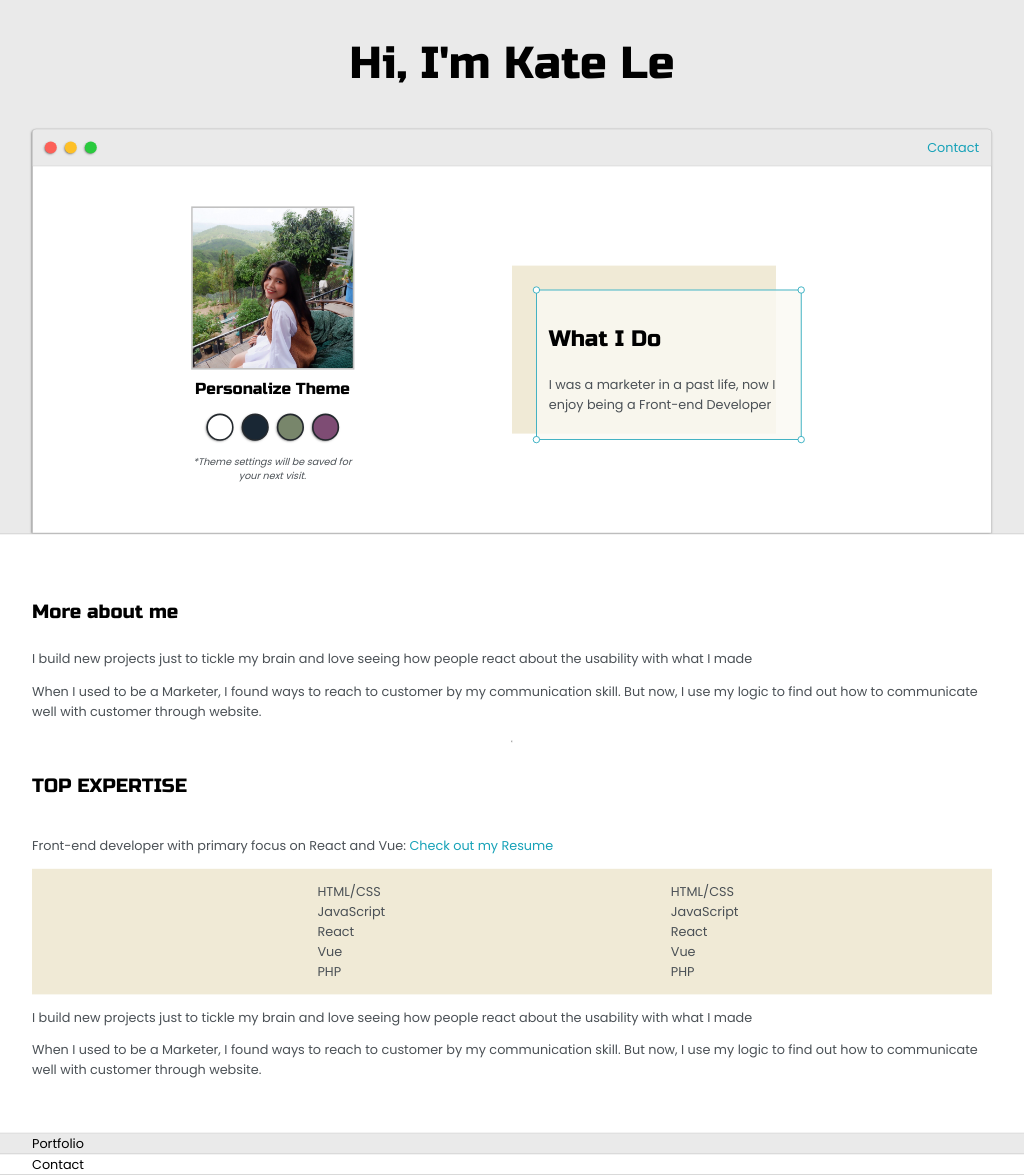
Repository: kate30980/my-persponal-website
Page: index.html
The author's editor kept a copy of each file at every save. The page is drawn from the files as they stood at one save, then again after the next save.
The browser window is 1280 px wide. The pictures show the whole page, at 80% of full size.

Above is the page before, as saved 2021-08-26 22:16:56.

### index.html
<!DOCTYPE html>
<html lang="en">

<head>
    <meta charset="UTF-8">
    <meta http-equiv="X-UA-Compatible" content="IE=edge">
    <meta name="viewport" content="width=device-width, initial-scale=1.0">
    <title>Kate Le</title>
    <link rel="preconnect" href="https://fonts.googleapis.com">
    <link rel="preconnect" href="https://fonts.gstatic.com" crossorigin>
    <link rel="preconnect" href="https://fonts.googleapis.com">
    <link rel="preconnect" href="https://fonts.gstatic.com" crossorigin>
    <link href="https://fonts.googleapis.com/css2?family=Poppins:wght@300;400;600;700&family=Russo+One&display=swap"
        rel="stylesheet">
    <link rel="stylesheet" href="main.css">
</head>

<body>

    <section class="s1">
        <div class="main-container">
            <div class="greeting-wrapper">
                <h1>Hi, I'm Kate Le</h1>
            </div>

            <div class="intro-wrapper">
                <div class="nav-wrapper">
                    <div class="dots-wrapper">
                        <div id="dot-1" class="browser-dot"></div>
                        <div id="dot-2" class="browser-dot"></div>
                        <div id="dot-3" class="browser-dot"></div>
                    </div>
                    <ul id="navigation">
                        <li>
                            <a href="#">Contact</a>
                        </li>
                    </ul>
                </div>
                <div class="left-column">
                    <img id="profile-pic" src="./images/IMG_2624.JPG" alt="img-kate">
                    <h5 style="text-align:center;line-height:0; margin: 25px">Personalize Theme</h5>

                    <div id="theme-options-wrapper">
                        <div id="light-mode" class="theme-dot"></div>
                        <div id="blue-mode" class="theme-dot"></div>
                        <div id="green-mode" class="theme-dot"></div>
                        <div id="purple-mode" class="theme-dot"></div>
                    </div>

                    <p id="settings-note">*Theme settings will be saved for <br> your next visit.</p>
                </div>
                <div class="right-column">

                    <div id="preview-shadow">
                        <div id="preview">
                            <div id="corner-tl" class="corner"></div>
                            <div id="corner-tr" class="corner"></div>
                            <h3>What I Do</h3>
                            <p>I was a marketer in a past life, now I enjoy being a Front-end Developer</p>
                            <div id="corner-br" class="corner"></div>
                            <div id="corner-bl" class="corner"></div>
                        </div>
                    </div>

                </div>
            </div>

        </div>
    </section>

    <section class="s2">
        <div class="main-container">

            <div class="about-wrapper">
                <div class="about-me">
                    <h4>More about me</h4>
                    <p>I build new projects just to tickle my brain and love seeing how people react about the usability
                        with what I made</p>
                    <p>When I used to be a Marketer, I found ways to reach to customer by my communication skill. But
                        now, I use my logic to find out how to communicate well with customer through website.</p>
                </div>

                <hr>

                <h4>TOP EXPERTISE</h4>
                <p>Front-end developer with primary focus on React and Vue: <a target="_blank"
                        href="CV-HAN-LE-FRONTEND-DEV.pdf">Check
                        out my Resume</a></p>

                <div id="skills">
                    <ul>
                        <li>HTML/CSS</li>
                        <li>JavaScript</li>
                        <li>React</li>
                        <li>Vue</li>
                        <li>PHP</li>
                    </ul>
                    <ul>
                        <li>HTML/CSS</li>
                        <li>JavaScript</li>
                        <li>React</li>
                        <li>Vue</li>
                        <li>PHP</li>
                    </ul>
                </div>


                <div class="social-links">
                    <p>I build new projects just to tickle my brain and love seeing how people react about the usability
                        with what I made</p>
                    <p>When I used to be a Marketer, I found ways to reach to customer by my communication skill. But
                        now, I use my logic to find out how to communicate well with customer through website.</p>
                </div>
            </div>

        </div>
    </section>

    <section class="s1">
        <div class="main-container">
            Portfolio
        </div>
    </section>

    <section class="s2">
        <div class="main-container">
            Contact
        </div>
    </section>

</body>

</html>

### main.css
:root {
  --mainText: black;
  --secondaryText: #4b5156;

  --mainColor: #eaeaea;
  --secondaryColor: #fff;

  --borderColor: #c1c1c1;
  --themeDotBorder: #24292e;

  --previewBg: rgba(251, 249, 243, 0.8);
  --previewShadow: #f0ead6;
}

html,
body {
  padding: 0;
  margin: 0;
  font-family: "Poppins", sans-serif;
}
h1,
h2,
h3,
h4,
h5,
h6,
strong {
  color: var(--mainText);
  font-family: "Russo One", sans-serif;
  font-weight: 500;
}

p,
li,
span,
label,
input,
textarea,
select {
  color: var(--secondaryText);
  font-family: "Poppins", sans-serif;
}
ul {
  list-style: none;
}

a {
  text-decoration: none;
  color: #17a2b8;
}

h1 {
  font-size: 56px;
}
h2 {
  font-size: 36px;
}
h3 {
  font-size: 28px;
}
h4 {
  font-size: 24px;
}
h5 {
  font-size: 20px;
}
h6 {
  font-size: 16px;
}

.s1 {
  background-color: var(--mainColor);
  border-bottom: 1px solid var(--borderColor);
  overflow: auto;
}
.s2 {
  background-color: var(--secondaryColor);
  border-bottom: 1px solid var(--borderColor);
  overflow: auto;
}
.main-container {
  width: 1200px;
  margin: 0 auto;
}
.greeting-wrapper {
  display: grid;
  text-align: center;
  align-content: center;
  min-height: 10em;
}

.intro-wrapper {
  background-color: var(--secondaryColor);
  border: 1px solid var(--borderColor);
  border-radius: 5px 5px 0 0;

  -webkit-box-shadow: -1px 1px 3px -1px rgba(0, 0, 0, 0.75);
  -moz-box-shadow: -1px 1px 3px -1px rgba(0, 0, 0, 0.75);
  box-shadow: -1px 1px 3px -1px rgba(0, 0, 0, 0.75);

  display: grid;
  grid-template-columns: 1fr 1fr;
  grid-template-areas:
    "nav-wrapper nav-wrapper"
    "left-column right-column";
}

#navigation {
  margin: 0;
  padding: 10px;
}
#navigation li {
  display: inline-block;
  margin-right: 5px;
  margin-left: 5px;
}

.dots-wrapper {
  display: flex;
  padding: 10px;
}

#dot-1 {
  background-color: #fc6058;
}
#dot-2 {
  background-color: #fec027;
}
#dot-3 {
  background-color: #2aca3e;
}

.browser-dot {
  background-color: black;
  height: 15px;
  width: 15px;
  border-radius: 50%;
  margin: 5px;

  -webkit-box-shadow: -1px 1px 3px -1px rgba(0, 0, 0, 0.75);
  -moz-box-shadow: -1px 1px 3px -1px rgba(0, 0, 0, 0.75);
  box-shadow: -1px 1px 3px -1px rgba(0, 0, 0, 0.75);
}

.nav-wrapper {
  grid-area: nav-wrapper;
  border-bottom: 1px solid var(--borderColor);
  display: flex;
  justify-content: space-between;
  align-items: center;
  background-color: var(--mainColor);
  border-radius: 5px 5px 0 0;
}
.left-column {
  grid-area: left-column;
  padding-top: 50px;
  padding-bottom: 50px;
}
#profile-pic {
  display: block;
  margin: auto;
  height: 200px;
  width: 200px;
  object-fit: cover;
  border: 2px solid var(--borderColor);
}

#theme-options-wrapper {
  display: flex;
  justify-content: center;
}

.theme-dot {
  height: 30px;
  width: 30px;
  border-radius: 50%;
  background-color: black;

  margin: 5px;
  border: 2px solid var(--themeDotBorder);

  -webkit-box-shadow: -1px 1px 3px -1px rgba(0, 0, 0, 0.75);
  -moz-box-shadow: -1px 1px 3px -1px rgba(0, 0, 0, 0.75);
  box-shadow: -1px 1px 3px -1px rgba(0, 0, 0, 0.75);
  cursor: pointer;
}

.theme-dot:hover {
  border-width: 5px;
}
#light-mode {
  background-color: #fff;
}
#blue-mode {
  background-color: #192734;
}
#green-mode {
  background-color: #78866b;
}
#purple-mode {
  background-color: #7e4c74;
}
#settings-note {
  font-size: 12px;
  font-style: italic;
  text-align: center;
}

.right-column {
  grid-area: right-column;
  display: grid;
  align-content: center;

  padding-top: 50px;
  padding-bottom: 50px;
}

#preview-shadow {
  background-color: var(--previewShadow);
  width: 300px;
  height: 180px;
  padding-left: 30px;
  padding-top: 30px;
}

#preview {
  width: 300px;
  border: 1.5px solid #17a2b8;
  background-color: var(--previewBg);
  padding: 15px;
  position: relative;
}
.corner {
  width: 7px;
  border: 1.5px solid #17a2b8;
  height: 7px;
  border-radius: 50%;
  background-color: #fff;
  position: absolute;
}
#corner-tl {
  top: -5px;
  left: -5px;
}
#corner-tr {
  top: -5px;
  right: -5px;
}
#corner-br {
  bottom: -5px;
  right: -5px;
}
#corner-bl {
  bottom: -5px;
  left: -5px;
}

.about-wrapper {
  display: grid;
  padding-bottom: 50px;
  padding-top: 50px;
  /* grid-template-columns: repeat(auto-fit, minmax(320px, 1fr)); */
  /*Repeat this action right here which tells us auto fit as many colums as we can into this row, however many colums will fil in there  and add them in there and repeat it this way with min max say that the column should never be smaller than 320px, so once we get to the point where it starts crushing it, go ahead and start naturally stacking those item*/
}

#skills {
  display: flex;
  justify-content: space-evenly;
  background-color: var(--previewShadow);
}

@media screen and (max-width: 1200px) {
  .main-container {
    width: 95%;
  }
}
@media screen and (max-width: 800px) {
  .intro-wrapper {
    grid-template-columns: 1fr;
    grid-template-areas:
      "nav-wrapper"
      "left-column"
      "right-column";
  }
  .right-column {
    justify-content: center;
  }
}

After the next save:
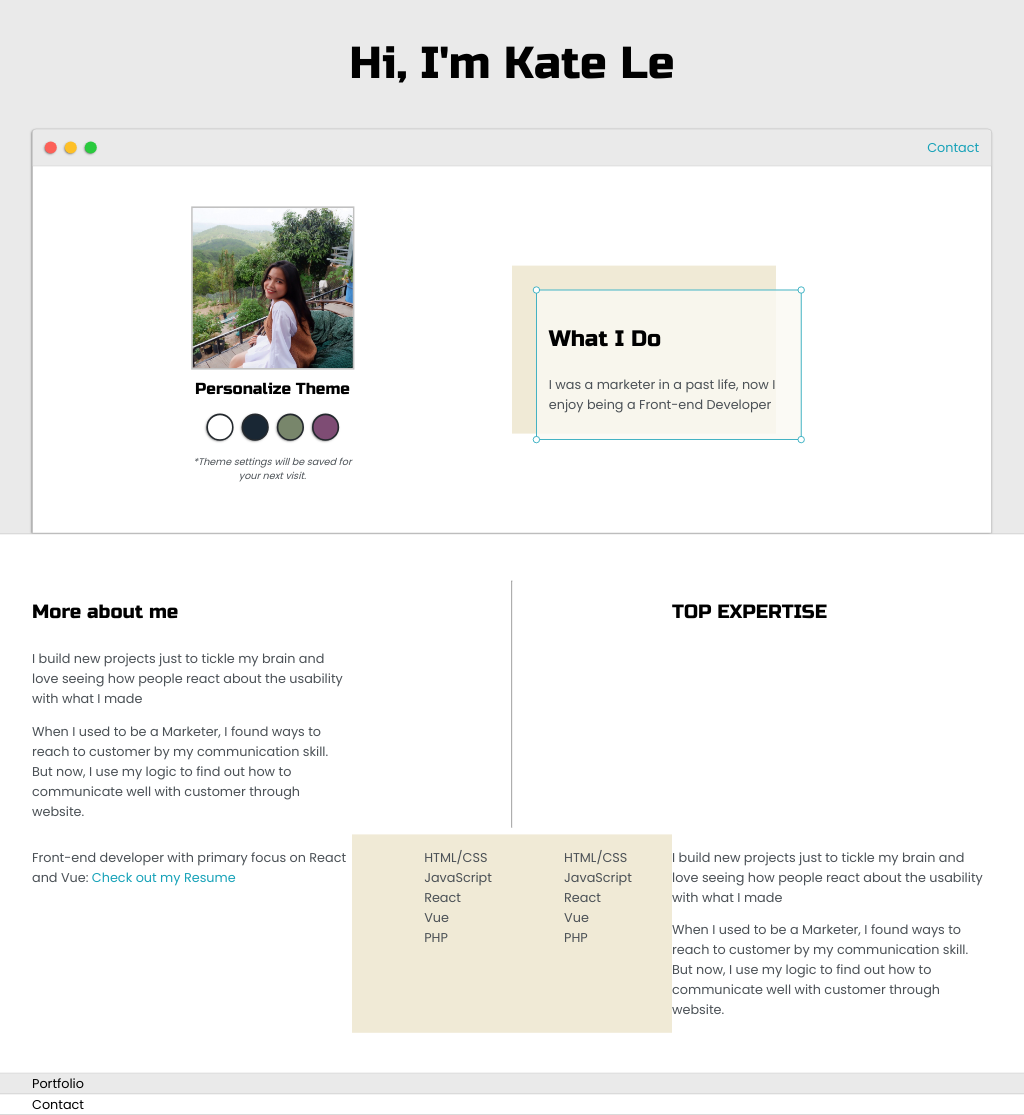
Saved 10 s later.
--- a/main.css
+++ b/main.css
@@ -259,7 +259,7 @@
   display: grid;
   padding-bottom: 50px;
   padding-top: 50px;
-  /* grid-template-columns: repeat(auto-fit, minmax(320px, 1fr)); */
+  grid-template-columns: repeat(auto-fit, minmax(320px, 1fr));
   /*Repeat this action right here which tells us auto fit as many colums as we can into this row, however many colums will fil in there  and add them in there and repeat it this way with min max say that the column should never be smaller than 320px, so once we get to the point where it starts crushing it, go ahead and start naturally stacking those item*/
 }
 
